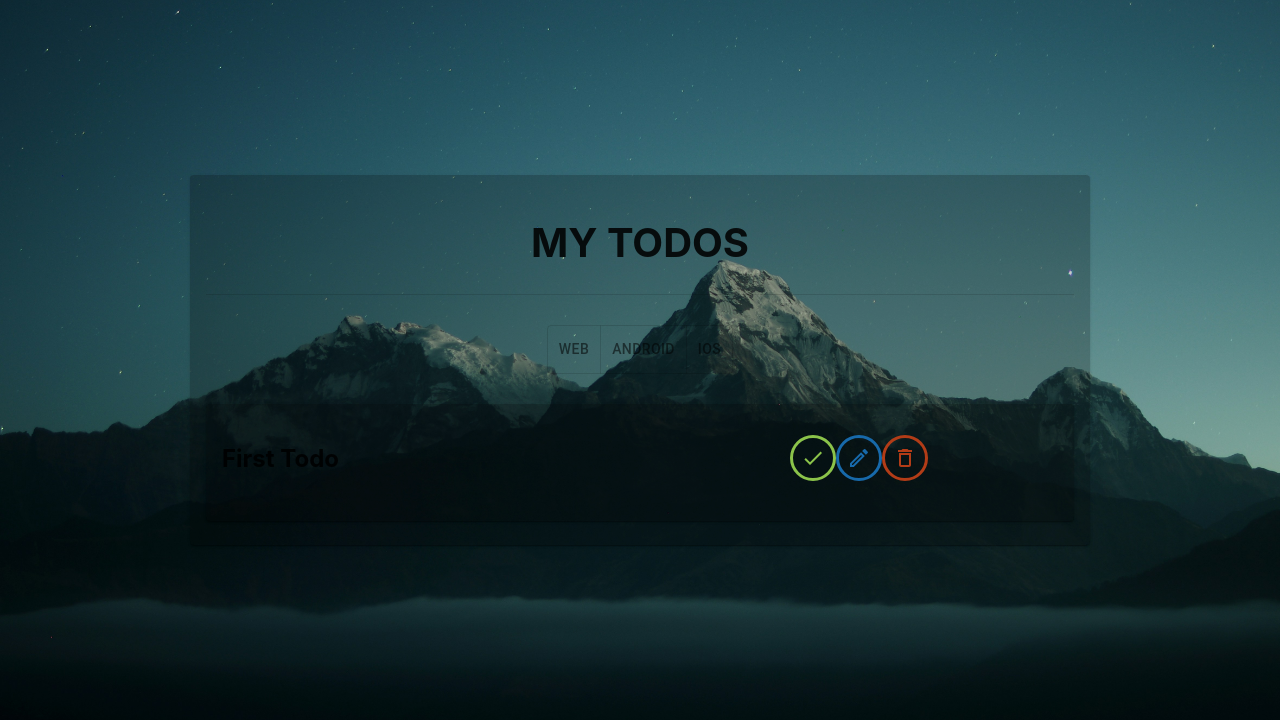
Repository: Ebadahamde/React-CRUDS-Project
Page: /
The author's editor kept a copy of each file at every save. The page is drawn from the files as they stood at one save, then again after a run of saves.
The browser window is 1280 px wide. The pictures show the whole page.
The project was rebuilt for these pictures with package versions that can differ from the ones it lists, and the page was loaded fresh each time.

Above is the page before, as saved 2025-08-23 16:51:36.

After the next 2 saves:
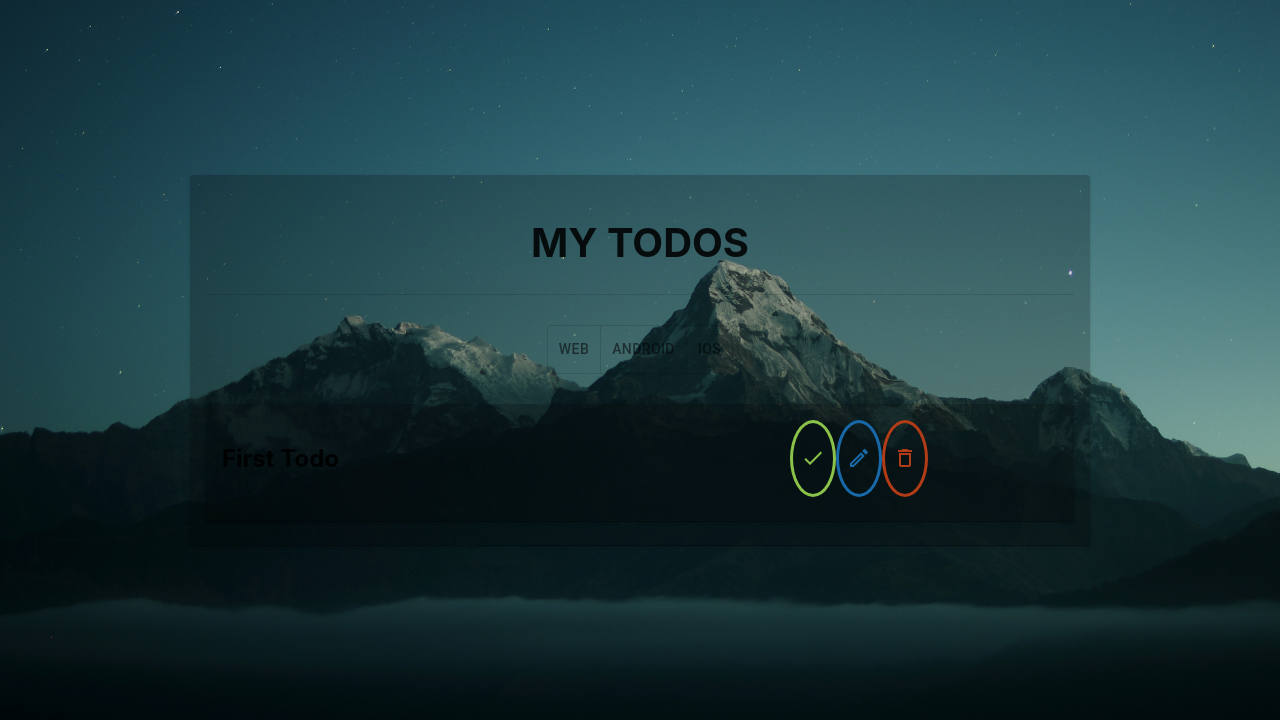
The 2 saves are shown as one change because they came seconds apart.
The last was saved 23 s later.
--- a/src/Componends/todo.js
+++ b/src/Componends/todo.js
@@ -21,7 +21,7 @@
               xs={4}
               display="flex"
               justifyContent="space-around"
-              alignItems="center"
+              alignItems="spac"
             >
               <IconButton
                 className="iconButton"

After the 2 saves that followed:
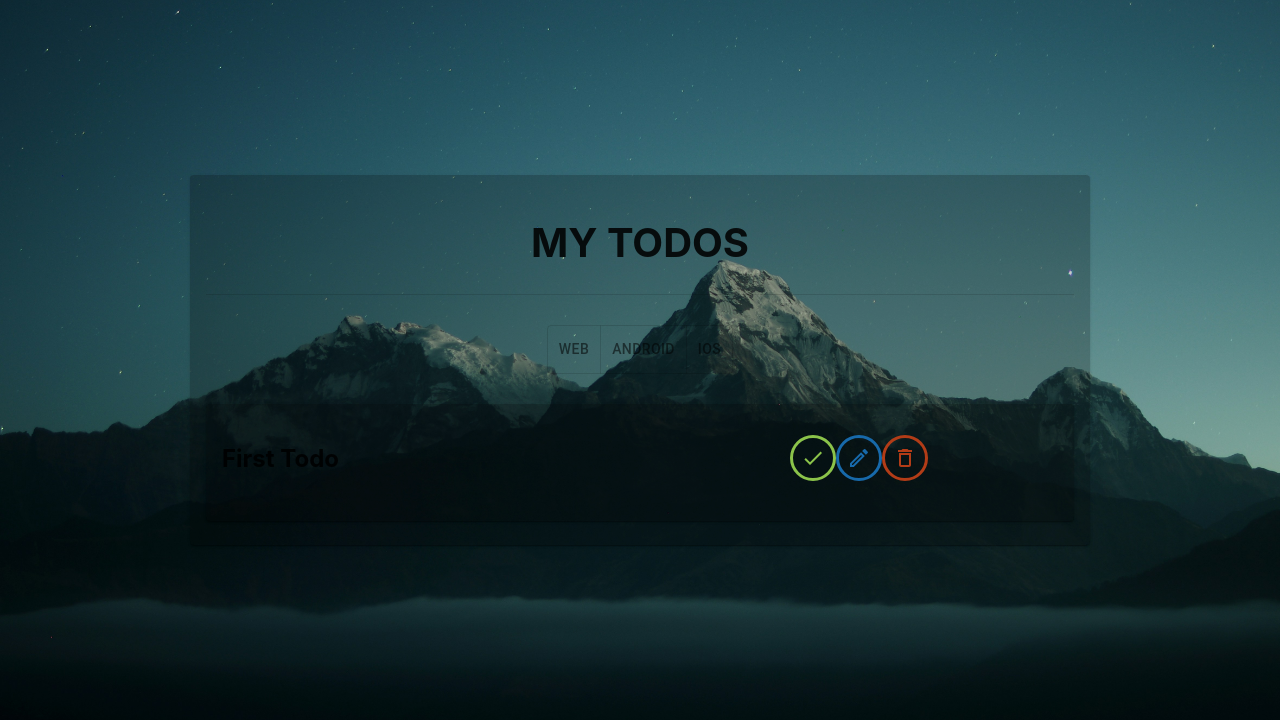
The 2 saves are shown as one change because 1 left the picture as it was.
The last was saved 13 s later.
--- a/src/Componends/todo.js
+++ b/src/Componends/todo.js
@@ -21,7 +21,7 @@
               xs={4}
               display="flex"
               justifyContent="space-around"
-              alignItems="spac"
+              alignItems="center"
             >
               <IconButton
                 className="iconButton"
